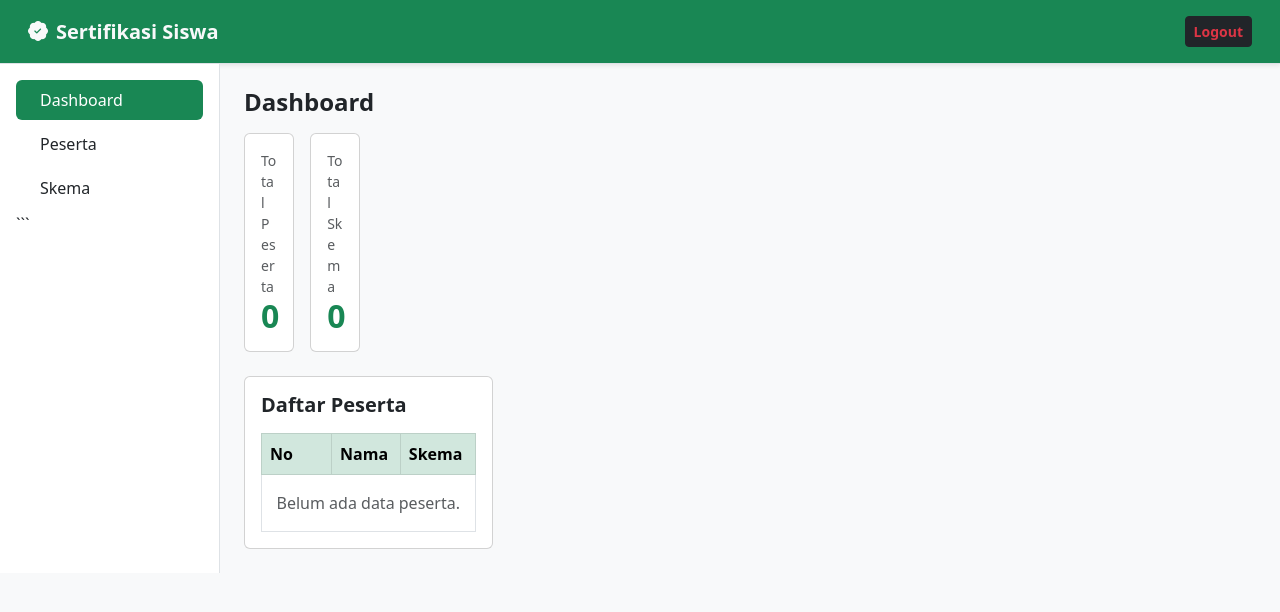
Repository: Zaki-Blip/USK_Project
Page: http://localhost/dashboard
These files come from the project's save history. The page is drawn as it stood at one moment and after the next save; the edit follows.
The browser window is 1280 px wide. The pictures show the whole page.
The page is served by the project's Laravel application, run on PHP 8.4 with Laravel 12. A made-up administrator, Test User (test@example.com), is signed in. Queries for data that is not in the repository find no rows.

Above is the page before, as saved 2026-10-13 20:33:23.

After the next save:
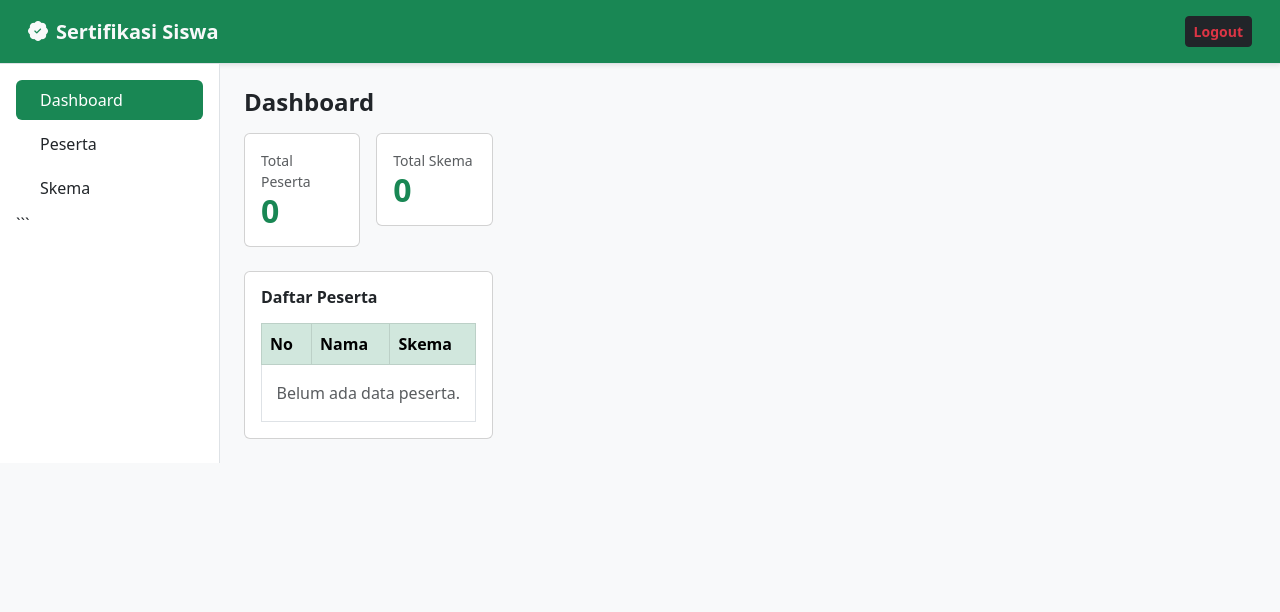
Saved 34 s later.
--- a/resources/views/admin/dashboard.blade.php
+++ b/resources/views/admin/dashboard.blade.php
@@ -4,54 +4,45 @@
 
 <h4 class="fw-bold mb-3">Dashboard</h4>
 
-{{-- Statistik --}}
 <div class="row g-3 mb-4">
-    <div class="col-12 col-md-6 col-lg-3">
-        <div class="card p-3 h-100">
+    <div class="col-md-6">
+        <div class="card p-3">
             <small class="text-muted">Total Peserta</small>
             <h2 class="text-success fw-bold mb-0">{{ $totalPeserta }}</h2>
         </div>
     </div>
-
-    <div class="col-12 col-md-6 col-lg-3">
-        <div class="card p-3 h-100">
+    <div class="col-md-6">
+        <div class="card p-3">
             <small class="text-muted">Total Skema</small>
             <h2 class="text-success fw-bold mb-0">{{ $totalSkema }}</h2>
         </div>
     </div>
 </div>
 
-{{-- Tabel Peserta --}}
 <div class="card p-3">
-    <h5 class="fw-bold mb-3">Daftar Peserta</h5>
-
-    <div class="table-responsive">
-        <table class="table table-bordered table-hover align-middle mb-0">
-            <thead class="table-success">
+    <h6 class="fw-bold mb-3">Daftar Peserta</h6>
+    <table class="table table-bordered table-hover mb-0">
+        <thead class="table-success">
+            <tr>
+                <th width="50">No</th>
+                <th>Nama</th>
+                <th>Skema</th>
+            </tr>
+        </thead>
+        <tbody>
+            @forelse($pesertas as $i => $p)
                 <tr>
-                    <th style="width: 70px;">No</th>
-                    <th>Nama</th>
-                    <th>Skema</th>
+                    <td>{{ $i + 1 }}</td>
+                    <td>{{ $p->nama }}</td>
+                    <td>{{ $p->skema?->nama_skema ?? '-' }}</td>
                 </tr>
-            </thead>
-
-            <tbody>
-                @forelse($pesertas as $i => $p)
-                    <tr>
-                        <td>{{ $i + 1 }}</td>
-                        <td>{{ $p->nama }}</td>
-                        <td>{{ $p->skema?->nama_skema ?? '-' }}</td>
-                    </tr>
-                @empty
-                    <tr>
-                        <td colspan="3" class="text-center text-muted py-3">
-                            Belum ada data peserta.
-                        </td>
-                    </tr>
-                @endforelse
-            </tbody>
-        </table>
-    </div>
+            @empty
+                <tr>
+                    <td colspan="4" class="text-center text-muted py-3">Belum ada data peserta.</td>
+                </tr>
+            @endforelse
+        </tbody>
+    </table>
 </div>
 
 @endsection
